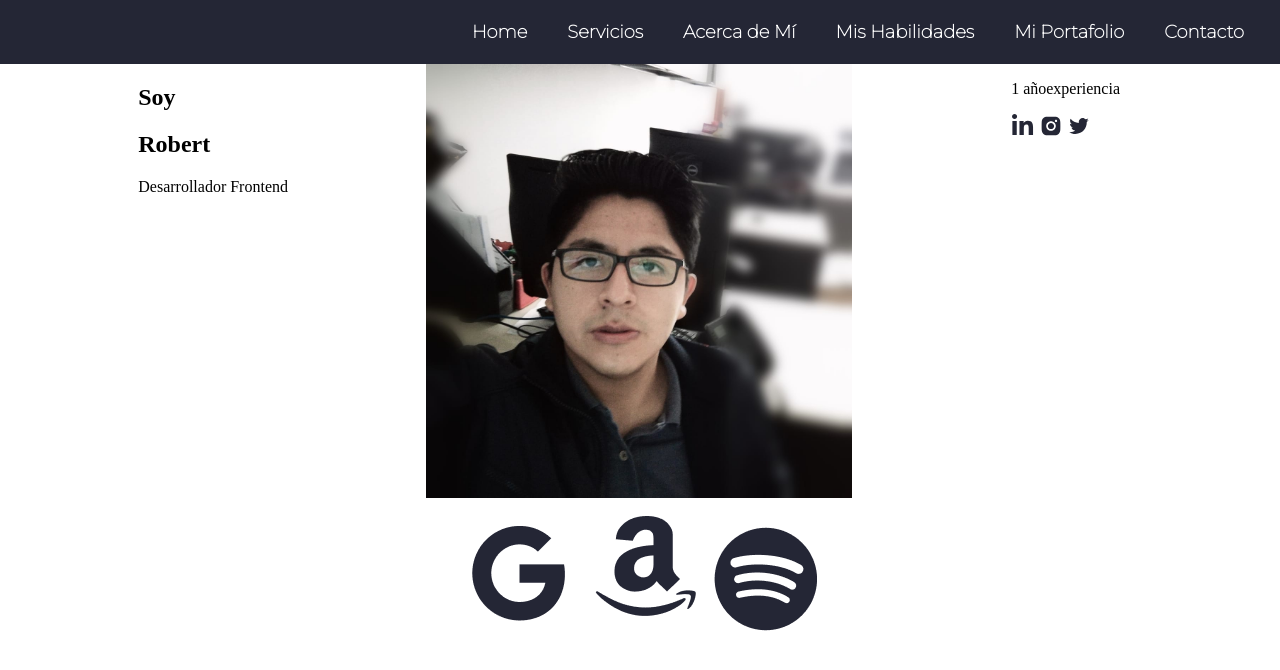
Repository: RobertAries28/PortafolioRobertEscalanteGomez2022
Page: index.html
The author's editor kept a copy of each file at every save. The page is drawn from the files as they stood at one save, then again after the next save.
The browser window is 1280 px wide. The pictures show the whole page.

Above is the page before, as saved 2022-02-15 11:03:24.

After the next save:
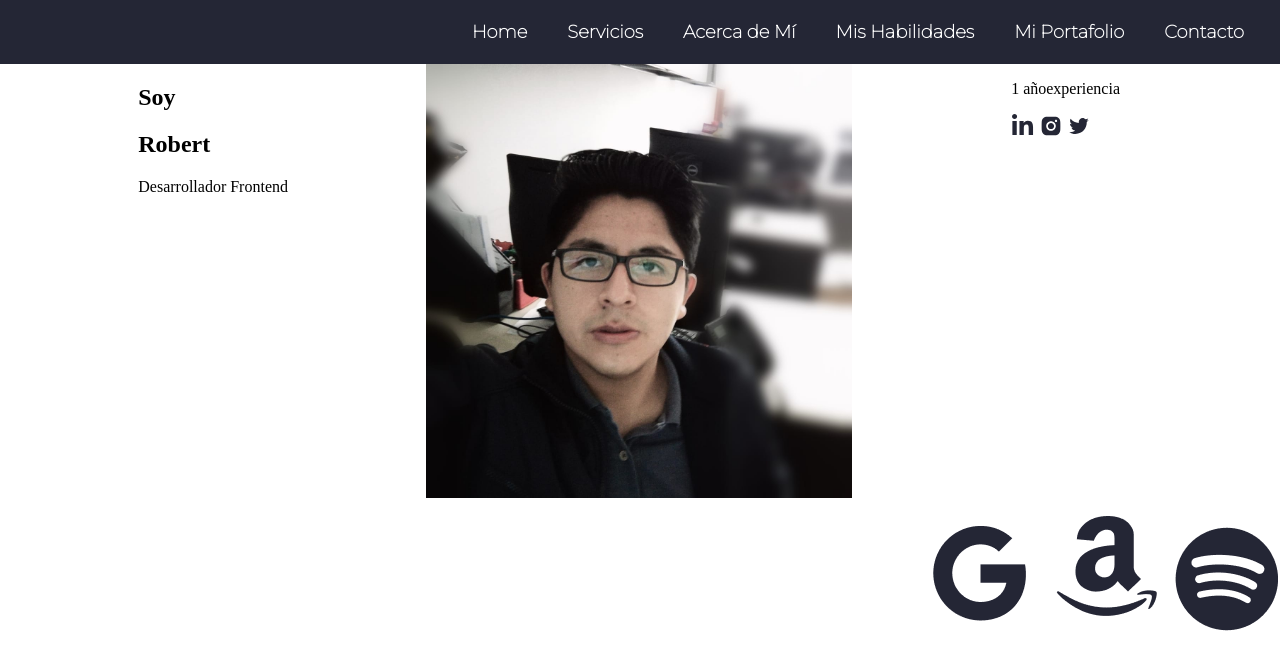
Saved 2 min 46 s later.
--- a/estilos.css
+++ b/estilos.css
@@ -61,7 +61,7 @@
 
 .section-iconos{
    grid-column: 1 / span 3;
-
+   justify-self: end;
 }
 
 

After the save that followed:
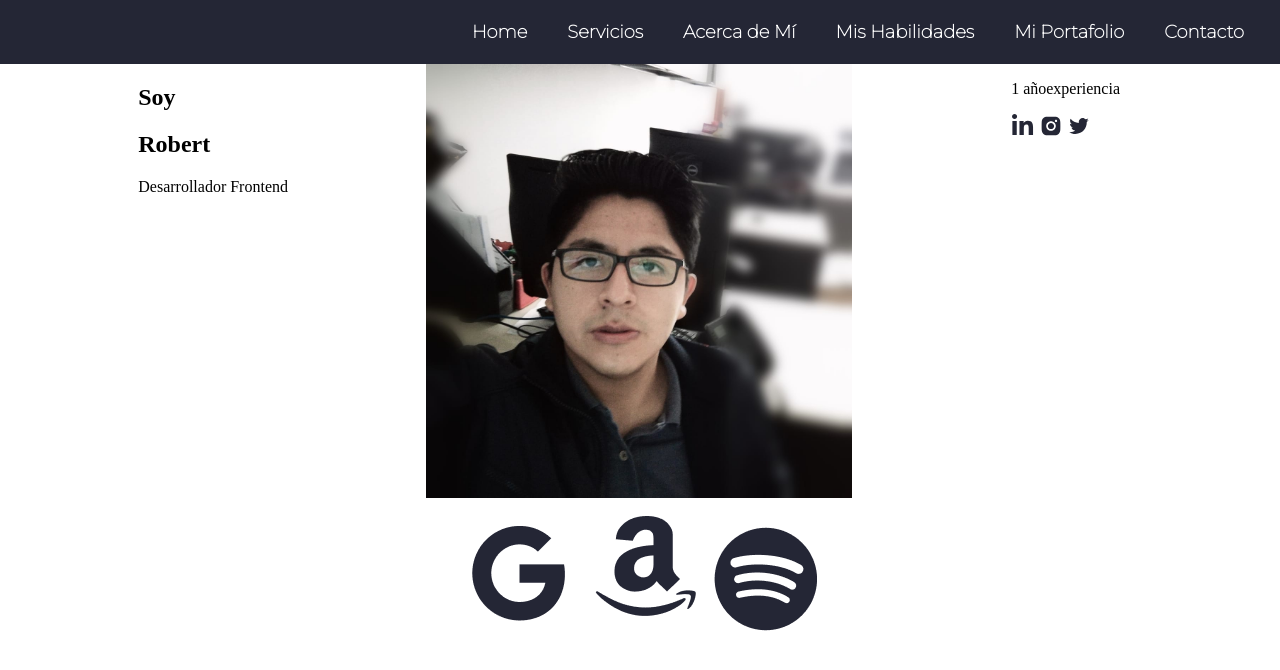
Saved 29 s later.
--- a/estilos.css
+++ b/estilos.css
@@ -61,7 +61,7 @@
 
 .section-iconos{
    grid-column: 1 / span 3;
-   justify-self: end;
+   align-self: end;
 }
 
 
